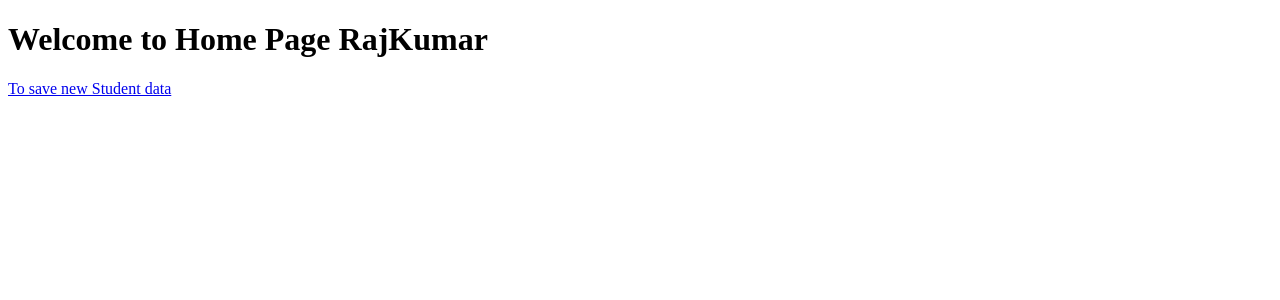
Repository: Amit1420/Advance-Java
Page: ServletIntro/src/main/webapp/studentHome.html
The author's editor kept a copy of each file at every save. The page is drawn from the files as they stood at one save, then again after the next save.
The browser window is 1280 px wide. The pictures show the whole page.

Above is the page before, as saved 2023-05-09 08:22:45.

After the next save:
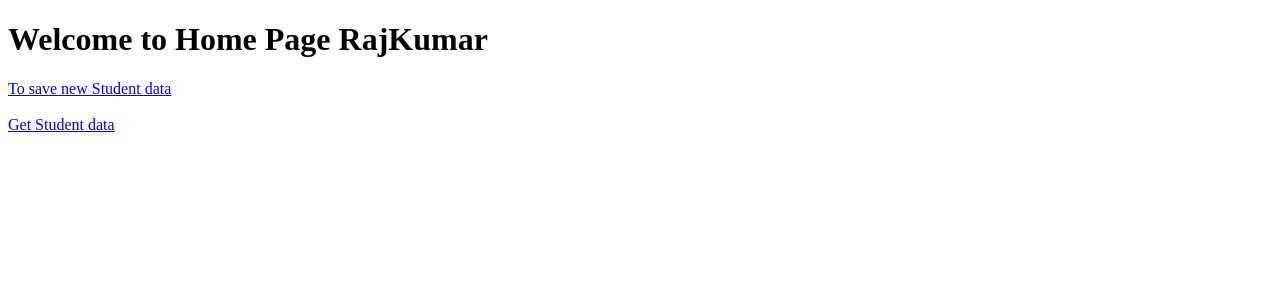
Saved 29 s later.
--- a/ServletIntro/src/main/webapp/studentHome.html
+++ b/ServletIntro/src/main/webapp/studentHome.html
@@ -7,6 +7,6 @@
 <body>
 <h1>Welcome to Home Page RajKumar</h1>
 <a href="saveStudent.html"> To save new Student data</a><br><br>
-<a href="student">
+<a href="student"> Get Student data </a>
 </body>
 </html>
